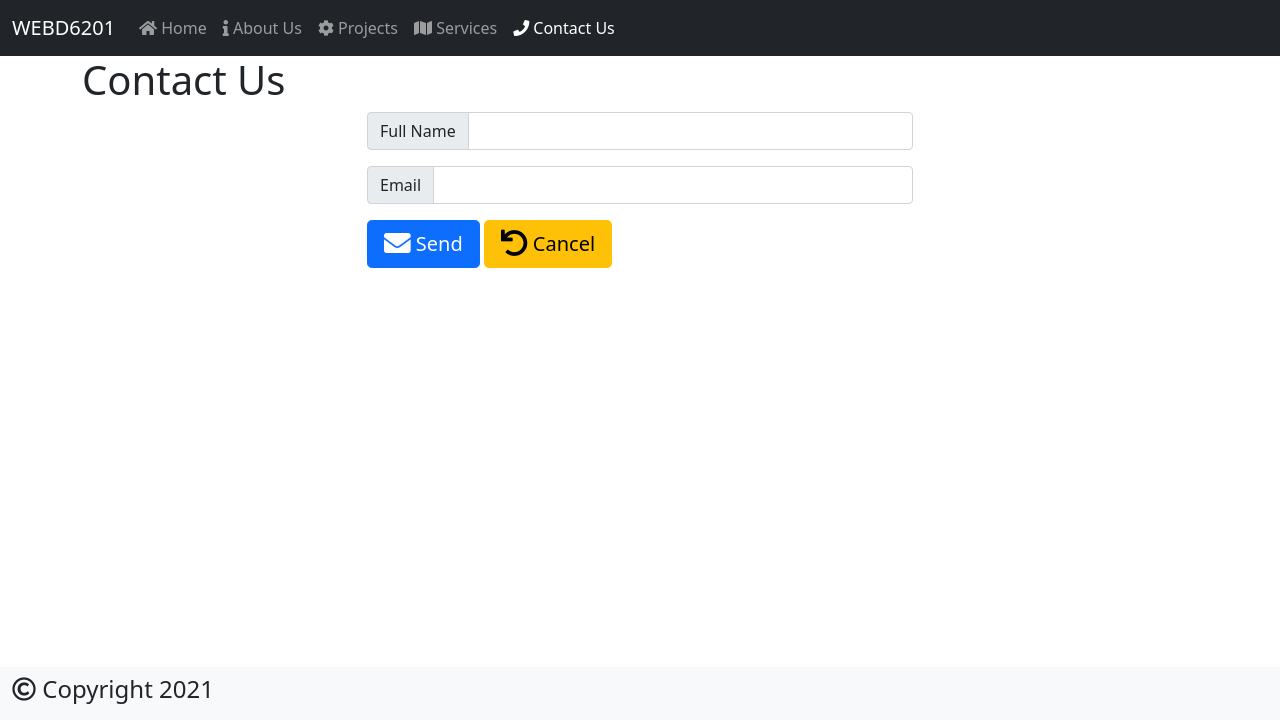
Repository: spencernewellevans/WEBD6201-ICE01
Page: contact.html
These files come from the project's save history. The page is drawn as it stood at one moment and after the next save; the edit follows.
The browser window is 1280 px wide. The pictures show the whole page.

Above is the page before, as saved 2021-01-22 19:44:29.

After the next save:
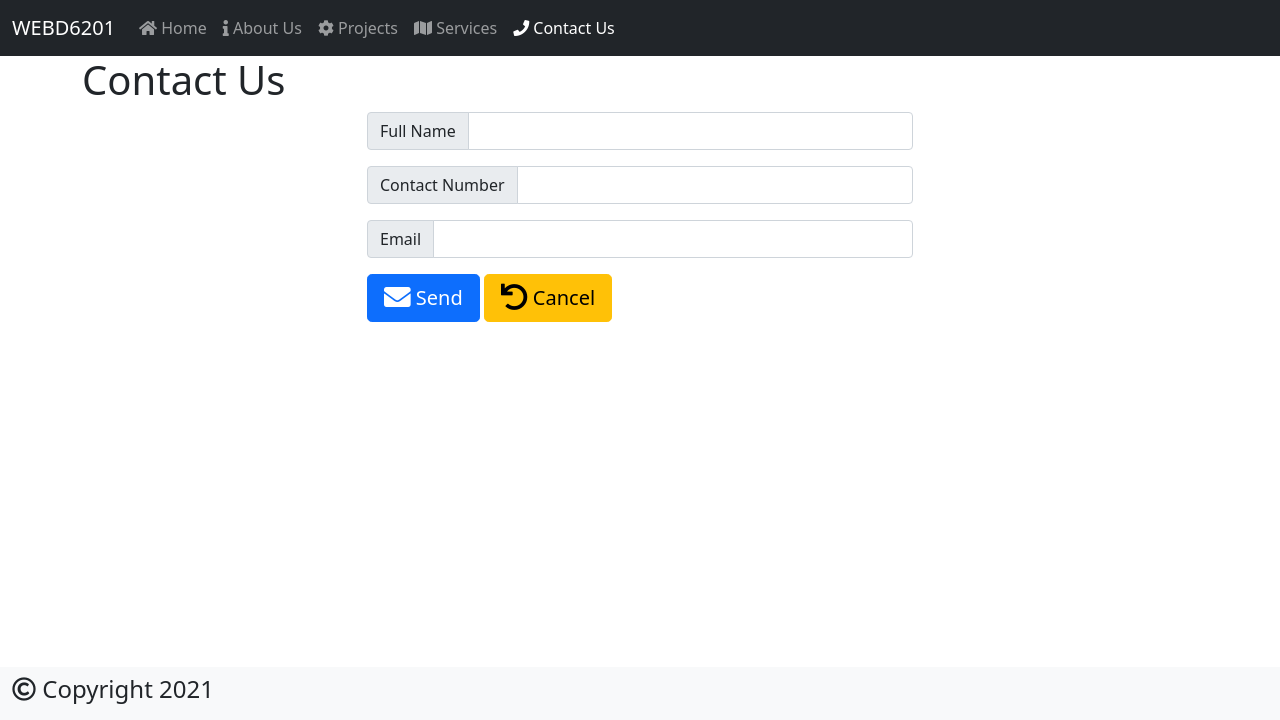
Saved 69 s later.
--- a/contact.html
+++ b/contact.html
@@ -59,8 +59,13 @@
             </div>
 
             <div class="input-group mb-3">
+              <span class="input-group-text" id="inputGroup-sizing-default">Contact Number</span>
+              <input id="contactNumber" type="tel" class="form-control" aria-label="Contact Number" aria-describedby="Contact Number Input" name="contactNumber" required>
+            </div>
+
+            <div class="input-group mb-3">
               <span class="input-group-text" id="inputGroup-sizing-default">Email</span>
-              <input id="emailAddress" type="email" class="form-control" aria-label="Email Address" aria-describedby="Email Address Input" name="fullName" required>
+              <input id="emailAddress" type="email" class="form-control" aria-label="Email Address" aria-describedby="Email Address Input" name="emailAddress" required>
             </div>
 
             <button type="submit" class="btn btn-primary btn-lg"><i class="fas fa-envelope fa-lg"></i> Send</button>
